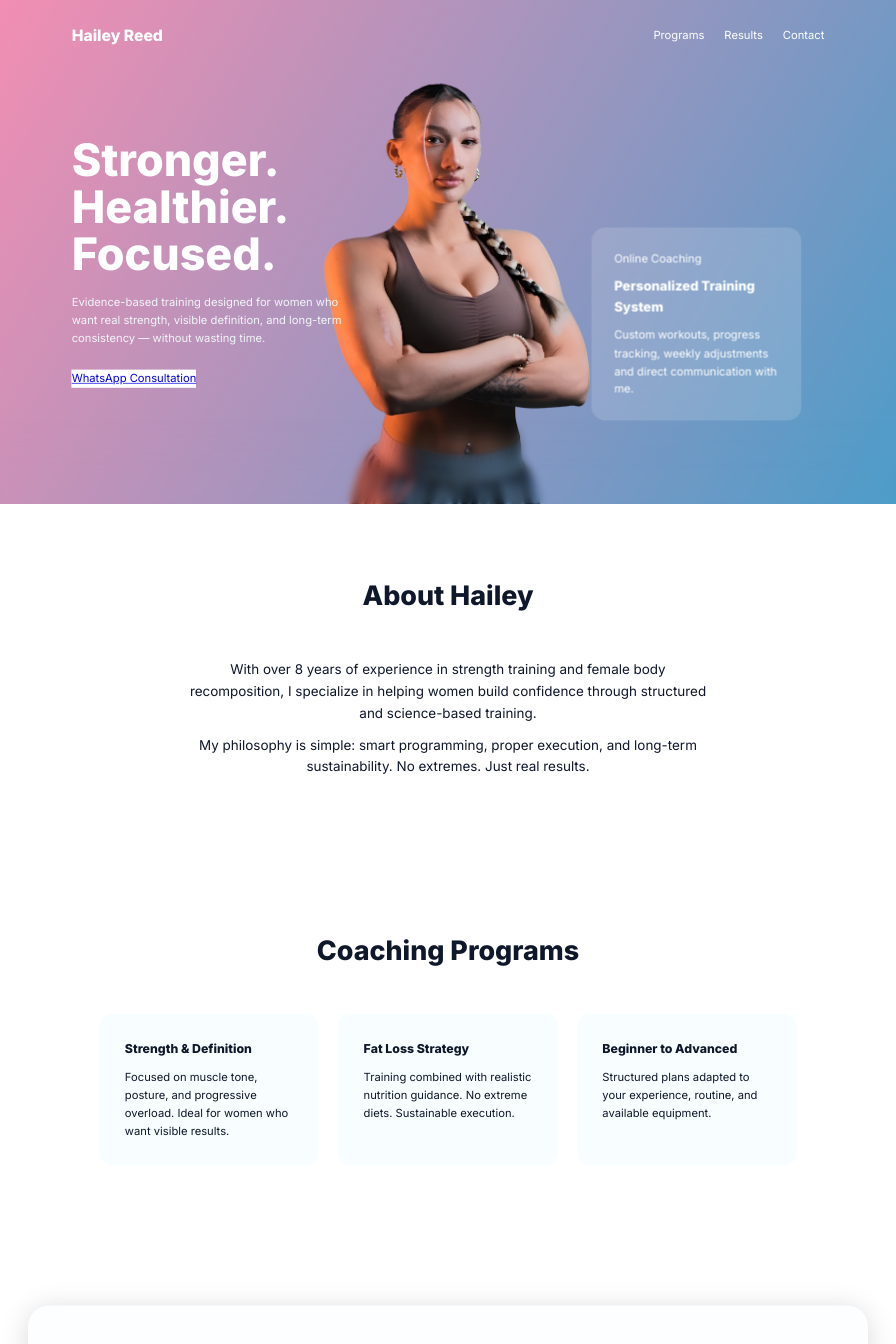
Repository: davidfsillva/Hailey-Reed-Coaching
Page: index.html
These files come from the project's save history. The page is drawn as it stood at one moment and after the next save; the edit follows.
The browser window is 1280 px wide. The pictures show the part of the page from y = 0 to 1920 px (the page is 5221 px tall), at 70% of full size.

Above is the page before, as saved 2026-02-12 09:41:22.

### index.html
<!DOCTYPE html>
<html lang="en">
<head>
  <meta charset="UTF-8" />
  <meta name="viewport" content="width=device-width, initial-scale=1.0" />
  <title>Personal Trainer | Online Coaching</title>
  <link rel="stylesheet" href="style.css" />
  <link rel="preconnect" href="https://fonts.googleapis.com">
  <link rel="preconnect" href="https://fonts.gstatic.com" crossorigin>
  <link href="https://fonts.googleapis.com/css2?family=Inter:wght@400;600;800&display=swap" rel="stylesheet">
</head>
<body>

<header class="hero">
  <nav class="nav">
    <h1 class="logo">Hailey Reed</h1>
    <div class="nav-links">
      <a href="#programs">Programs</a>
      <a href="#results">Results</a>
      <a href="#contact">Contact</a>
    </div>
  </nav>

  <img class="hero-img" src="img/Photoroom_20260211_45117 PM.png" alt="Trainer" />

  <div class="hero-gradient"></div>

  <div class="hero-content">
    <div class="hero-text">
<h2 class="hero-title">
  Stronger. Healthier. Focused.
</h2>

      <p>
        Evidence-based training designed for women who <br>
        want real strength, visible definition, and long-term <br>
        consistency — without wasting time.
      </p>
      <div class="cta-group">
        <a href="https://wa.me/5599999999999" target="_blank" class="whatsapp-btn">
          WhatsApp Consultation
        </a>
      </div>
    </div>

    <div class="hero-card">
      <span class="tag">Online Coaching</span>
      <h3>Personalized Training System</h3>
      <p>
        Custom workouts, progress tracking, weekly adjustments
        and direct communication with me.
      </p>
    </div>
  </div>
</header>

<!-- ABOUT SECTION -->
<section class="section">
  <h3>About Hailey</h3>
  <div class="testimonial">
    <p>
      With over 8 years of experience in strength training and female body
      recomposition, I specialize in helping women build confidence through
      structured and science-based training.
    </p>
    <p>
      My philosophy is simple: smart programming, proper execution,
      and long-term sustainability. No extremes. Just real results.
    </p>
  </div>
</section>

<section id="programs" class="section">
  <h3>Coaching Programs</h3>

  <div class="cards">
    <div class="card">
      <h4>Strength & Definition</h4>
      <p>
        Focused on muscle tone, posture, and progressive overload.
        Ideal for women who want visible results.
      </p>
    </div>

    <div class="card">
      <h4>Fat Loss Strategy</h4>
      <p>
        Training combined with realistic nutrition guidance.
        No extreme diets. Sustainable execution.
      </p>
    </div>

    <div class="card">
      <h4>Beginner to Advanced</h4>
      <p>
        Structured plans adapted to your experience, routine,
        and available equipment.
      </p>
    </div>
  </div>
</section>

<!-- HOW IT WORKS -->
<section class="section dark">
  <h3>How It Works</h3>

  <div class="cards">
    <div class="card">
      <h4>1. Initial Consultation</h4>
      <p>
        We discuss your goals, routine, training history,
        and current physical condition.
      </p>
    </div>

    <div class="card">
      <h4>2. Custom Plan Creation</h4>
      <p>
        A personalized workout structure is designed
        specifically for your body and objectives.
      </p>
    </div>

    <div class="card">
      <h4>3. Weekly Adjustments</h4>
      <p>
        Progress tracking and adjustments ensure continuous
        improvement and optimal results.
      </p>
    </div>
  </div>
</section>

<section id="results" class="section dark">
  <h3>Client Feedback</h3>

  <div class="testimonial">
    <p>
      “This coaching completely changed how I train.
      Every session has a clear purpose and I finally feel strong.”
    </p>
    <span>— Samantha M.</span>
  </div>
</section>

<!-- TRANSFORMATION PROCESS -->
<section class="section">
  <h3>The Transformation Process</h3>

  <div class="testimonial">
    <p>
      Sustainable transformation is not about intensity —
      it's about consistency.
    </p>
    <p>
      Through progressive overload, intelligent recovery,
      and realistic nutrition, we create measurable and lasting results.
    </p>
  </div>
</section>

<!-- FAQ -->
<section class="section">
  <h3>Frequently Asked Questions</h3>

  <div class="cards">
    <div class="card">
      <h4>Do I need gym access?</h4>
      <p>
        Not necessarily. Programs can be adapted for home training
        with minimal equipment.
      </p>
    </div>

    <div class="card">
      <h4>Is nutrition included?</h4>
      <p>
        Yes. You receive structured guidance focused on sustainable habits,
        not restrictive diets.
      </p>
    </div>

    <div class="card">
      <h4>How long until I see results?</h4>
      <p>
        Most clients notice strength improvements within weeks
        and visible body changes within 8–12 weeks.
      </p>
    </div>
  </div>
</section>

<section id="contact" class="section">
  <h3>Start Your Training</h3>
  <p class="contact-text">
    If you’re serious about improving your body composition
    and performance, let’s talk.
  </p>

  <div class="cta-group center">
    <a href="https://wa.me/5599999999999" target="_blank" class="btn primary">
      Message on WhatsApp
    </a>
    <a href="https://instagram.com/seuinstagram" target="_blank" class="btn secondary">
      Visit Instagram
    </a>
  </div>
</section>

<!-- FINAL CTA SECTION -->
<section class="section dark">
  <div class="testimonial">
    <h3>Ready to Transform?</h3>
    <p>
      Your strongest, healthiest version starts with a decision.
      Let’s build it together.
    </p>
    <div class="cta-group center">
      <a href="https://wa.me/5599999999999" target="_blank" class="btn primary">
        Apply for Coaching
      </a>
    </div>
  </div>
</section>

<footer class="footer">
  <p>© 2026 Hailey Reed Coaching. All rights reserved.</p>
</footer>

<script src="script.js"></script>
</body>
</html>

### style.css
:root {
  --pink: #f07aa5;
  --blue: #2e8bc0;
  --dark: #0f172a;
  --light: #ffffff;
  --muted: #cbd5e1;
}

/* ================= RESET ================= */
* {
  margin: 0;
  padding: 0;
  box-sizing: border-box;
  font-family: 'Inter', sans-serif;
}

body {
  background: var(--light);
  color: var(--dark);
  line-height: 1.6;
}

/* ================= HERO ================= */
.hero {
  position: relative;
  min-height: 100vh;
  padding: 32px 8%;
  color: white;
  overflow: hidden;
}

/* IMAGEM */
.hero-img {
  position: absolute;
  top: 50%;
  left: 50%;
  transform: translate(-50%, -50%);
  width: 60%;
  max-width: 500px;
  height: auto;
  z-index: 2;
}

/* GRADIENTE */
.hero-gradient {
  position: absolute;
  inset: 0;
  background: linear-gradient(
    120deg,
    rgba(240,122,165,0.85),
    rgba(46,139,192,0.85)
  );
  z-index: 1;
}

/* CONTEÚDO */
.hero-content {
  position: relative;
  z-index: 5;
}

/* TEXTO */
.hero-text {
  display: flex;
  flex-direction: column;
  justify-content: center;
  height: 85vh;
  max-width: 550px;
}

.hero-title {
  font-size: clamp(2.8rem, 5vw, 4.5rem);
  line-height: 1.05;
  margin-bottom: 24px;
}

.hero-text p {
  max-width: 480px;
  font-size: 1rem;
  color: #f1f5f9;
}

/* BLUR INFERIOR */
.hero::after {
  content: "";
  position: absolute;
  bottom: 0;
  left: 0;
  width: 100%;
  height: 120px;
  backdrop-filter: blur(6px);
  -webkit-backdrop-filter: blur(6px);
  mask-image: linear-gradient(to top, black 40%, transparent 100%);
  pointer-events: none;
  z-index: 3;
}

/* ================= BOTÕES ================= */
.cta-group {
  display: flex;
  gap: 16px;
  margin-top: 32px;
  flex-wrap: wrap;
}

.btn {
  padding: 14px 26px;
  border-radius: 999px;
  font-weight: 600;
  text-decoration: none;
  transition: 0.3s ease;
  display: inline-block;
}

.whatsapp-btn {
  background: white;
  background-size: 200% 200%;
  transition: all 0.4s ease;
}

.whatsapp-btn:hover {
  background-position: right center;
}

.btn.primary {
  background: linear-gradient(120deg, var(--pink), var(--blue));
  color: var(--light);
  background-size: 200% 200%;
  transition: all 0.4s ease;
}

.btn.primary:hover {
  background: linear-gradient(120deg, var(--pink), var(--blue));
  color: white;

  background-position: right center;
  transform: translateY(-4px);
  box-shadow: 0 10px 25px rgba(240,122,165,0.3);
  transition: all 0.4s ease;

}

.btn.secondary {
  background: linear-gradient(120deg, var(--pink), var(--blue));
  color: var(--light);
  transition: all 0.3s ease;
}

.btn.secondary:hover {
  background: linear-gradient(120deg, var(--pink), var(--blue));  color: white;
  transform: translateY(-3px);
  transition: all 0.4s ease;
  box-shadow: 0 10px 25px rgba(240,122,165,0.3);


}


/* ================= HERO CARD ================= */
.hero-card {
  position: absolute;
  top: 42%;
  right: 8%;
  width: 300px;
  background: rgba(255,255,255,0.15);
  backdrop-filter: blur(18px);
  padding: 32px;
  border-radius: 20px;
  z-index: 4;
}

.hero-card {
  position: absolute;
  top: 42%;
  right: 3%;
  width: 300px;
}



.hero-card h3 {
  margin: 12px 0;
}

/* ================= NAVBAR ================= */
.nav {
  position: relative;
  z-index: 10;
  display: flex;
  justify-content: space-between;
  align-items: center;
}

.logo {
  font-weight: 800;
  font-size: 1.4rem;
}

.nav-links a {
  position: relative;
  color: white;
  margin-left: 24px;
  text-decoration: none;
  font-weight: 500;
  padding-bottom: 4px;
}

.nav-links a::after {
  content: "";
  position: absolute;
  left: 0;
  bottom: 0;
  width: 0%;
  height: 2px;
  background: white;
  transition: width 0.3s ease;
}

.nav-links a:hover::after {
  width: 100%;
}

/* ================= SECTIONS ================= */
.section {
  padding: 100px 8%;
  max-width: 1200px;
  margin: auto;
}

.section h3 {
  font-size: 2.4rem;
  margin-bottom: 60px;
  text-align: center;
}

.cards {
  display: grid;
  grid-template-columns: repeat(auto-fit, minmax(260px, 1fr));
  gap: 28px;
}

.card {
  background: rgb(248, 253, 255);
  padding: 36px;
  border-radius: 18px;
  transition: 0.3s ease;
}

.card:hover {
  transform: translateY(-6px);
}

.card h4 {
  margin-bottom: 14px;
  font-size: 1.1rem;
}

/* ================= DARK SECTIONS ================= */
.dark {
  background: rgb(252, 254, 255);
  border-radius: 30px;
  color: var(--dark);
  margin: 100px auto;
  padding: 100px 8%;
  box-shadow: 0 5px 40px rgba(0,0,0,0.15);
}


.dark .card {
  background: rgba(255,255,255,0.06);
  color: var(--dark);
  box-shadow: 0 20px 60px rgba(0,0,0,0.15);
}

.dark .card:hover {
  background: rgba(255,255,255,0.1);
}

/* ================= TESTIMONIAL ================= */
.testimonial {
  max-width: 750px;
  margin: auto;
  text-align: center;
}

.testimonial p {
  font-size: 1.2rem;
  margin-bottom: 16px;
}

.contact-text {
  text-align: center;
  max-width: 520px;
  margin: 0 auto 32px;
}

.center {
  justify-content: center;
}

/* ================= FOOTER ================= */
.footer {
  padding: 32px;
  text-align: center;
  background: linear-gradient(120deg, var(--pink), var(--blue));
  color: var(--muted);
  font-size: 0.85rem;
}

/* ================= RESPONSIVE ================= */
@media (max-width: 1024px) {

  .hero-card {
    position: relative;
    top: unset;
    right: unset;
    margin-top: 40px;
    width: 100%;
    max-width: 400px;
  }

  .hero-text {
    height: auto;
    text-align: center;
    margin-top: 80px;
  }

  .hero-text p {
    margin: auto;
  }

  .hero-img {
    width: 75%;
  }
}

@media (max-width: 768px) {

  .nav {
    flex-direction: column;
    align-items: center;
  }

  .nav-links {
    display: flex;
    gap: 30px;          /* controla o espaçamento */
    margin-top: 10px;   /* afasta do logo */
  }

  .nav-links a {
    margin-left: 0;     /* remove espaçamento antigo */
  }

    .hero-card {
    width: 95%;          /* ocupa menos largura fixa */
    max-width: 660px;    /* limita tamanho */
    margin: 375px auto 0; /* mais baixo */

    padding: 15px;       /* reduz espaço interno */
    border-radius: 16px;
  }

  .hero-card h3 {
    font-size: 1rem;
  }

  .hero-card p {
    font-size: 0.85rem;
    line-height: 1.4;
  }

  .hero-img {
    width: 90%;
    top: 60%;              /* desce um pouco a imagem */
  }

  .hero-title {
    font-size: 1.9rem;
    margin-bottom: 20px;
  }

  .hero-text {
    height: auto;          /* remove os 85vh */
    justify-content: flex-start;
    margin-top: 40px;      /* controla distância do nav */
    text-align: center;
  }

  .hero-text p {
    display: none;
  }

  .section {
    padding: 80px 6%;
  }

  .cta-group {
  position: relative;
  transform: translateY(350px);
  z-index: 6;
  display: flex;
  justify-content: center;
  }

  .btn.primary {
    transform: translateY(120px);
  }

}



@media (max-width: 480px) {

  .hero {
    padding: 24px 6%;
  }

  .btn {
    width: 100%;
    text-align: center;
  }

  .cta-group {
    flex-direction: column;
  }
}

### script.js
// ===============================
// SMOOTH SCROLL
// ===============================
document.querySelectorAll('a[href^="#"]').forEach(anchor => {
  anchor.addEventListener('click', function (e) {
    const target = document.querySelector(this.getAttribute('href'));
    if (!target) return;

    e.preventDefault();
    target.scrollIntoView({ behavior: 'smooth' });
  });
});


// ===============================
// NAVBAR SCROLL EFFECT
// ===============================
const nav = document.querySelector(".nav");

window.addEventListener("scroll", () => {
  if (!nav) return;

  if (window.scrollY > 50) {
    nav.style.background = "rgba(15, 23, 42, 0.85)";
    nav.style.backdropFilter = "blur(10px)";
    nav.style.padding = "16px 8%";
    nav.style.transition = "all 0.3s ease";
  } else {
    nav.style.background = "transparent";
    nav.style.backdropFilter = "none";
    nav.style.padding = "";
  }
});


// ===============================
// SCROLL REVEAL (melhor performance)
// ===============================
const revealElements = document.querySelectorAll(".section, .card, .testimonial");

const revealOnScroll = () => {
  const triggerBottom = window.innerHeight * 0.85;

  revealElements.forEach(el => {
    const elementTop = el.getBoundingClientRect().top;

    if (elementTop < triggerBottom) {
      el.style.opacity = "1";
      el.style.transform = "translateY(0)";
    }
  });
};

// Estado inicial
revealElements.forEach(el => {
  el.style.opacity = "0";
  el.style.transform = "translateY(40px)";
  el.style.transition = "opacity 0.8s ease, transform 0.8s ease";
});

window.addEventListener("scroll", revealOnScroll);
window.addEventListener("load", revealOnScroll);



// ===============================
// HERO IMAGE PARALLAX (DESKTOP ONLY)
// ===============================
const heroImg = document.querySelector(".hero-img");

if (heroImg && window.innerWidth > 768) {
  window.addEventListener("scroll", () => {
    const scrollPosition = window.scrollY;
    heroImg.style.transform =
      `translate(-50%, calc(-50% + ${scrollPosition * 0.12}px))`;
  });
}



// ===============================
// BUTTON FADE-IN ON LOAD
// ===============================
window.addEventListener("load", () => {
  const buttons = document.querySelectorAll(".btn");

  buttons.forEach((btn, index) => {
    btn.style.opacity = "0";
    btn.style.transform = "translateY(20px)";
    btn.style.transition = "opacity 0.6s ease, transform 0.6s ease";

    setTimeout(() => {
      btn.style.opacity = "1";
      btn.style.transform = "translateY(0)";
    }, 300 + index * 150);
  });
});



// ===============================
// CARD HOVER GLOW EFFECT (desktop only)
// ===============================
if (window.innerWidth > 768) {

  const cards = document.querySelectorAll(".card");

  cards.forEach(card => {

    card.addEventListener("mousemove", (e) => {
      const rect = card.getBoundingClientRect();
      const x = e.clientX - rect.left;
      const y = e.clientY - rect.top;

      card.style.background = `
        radial-gradient(circle at ${x}px ${y}px,
        rgba(240,122,165,0.18),
        rgba(255,255,255,0.03))
      `;
    });

    card.addEventListener("mouseleave", () => {
      card.style.background = "";
    });

  });

}

After the next save:
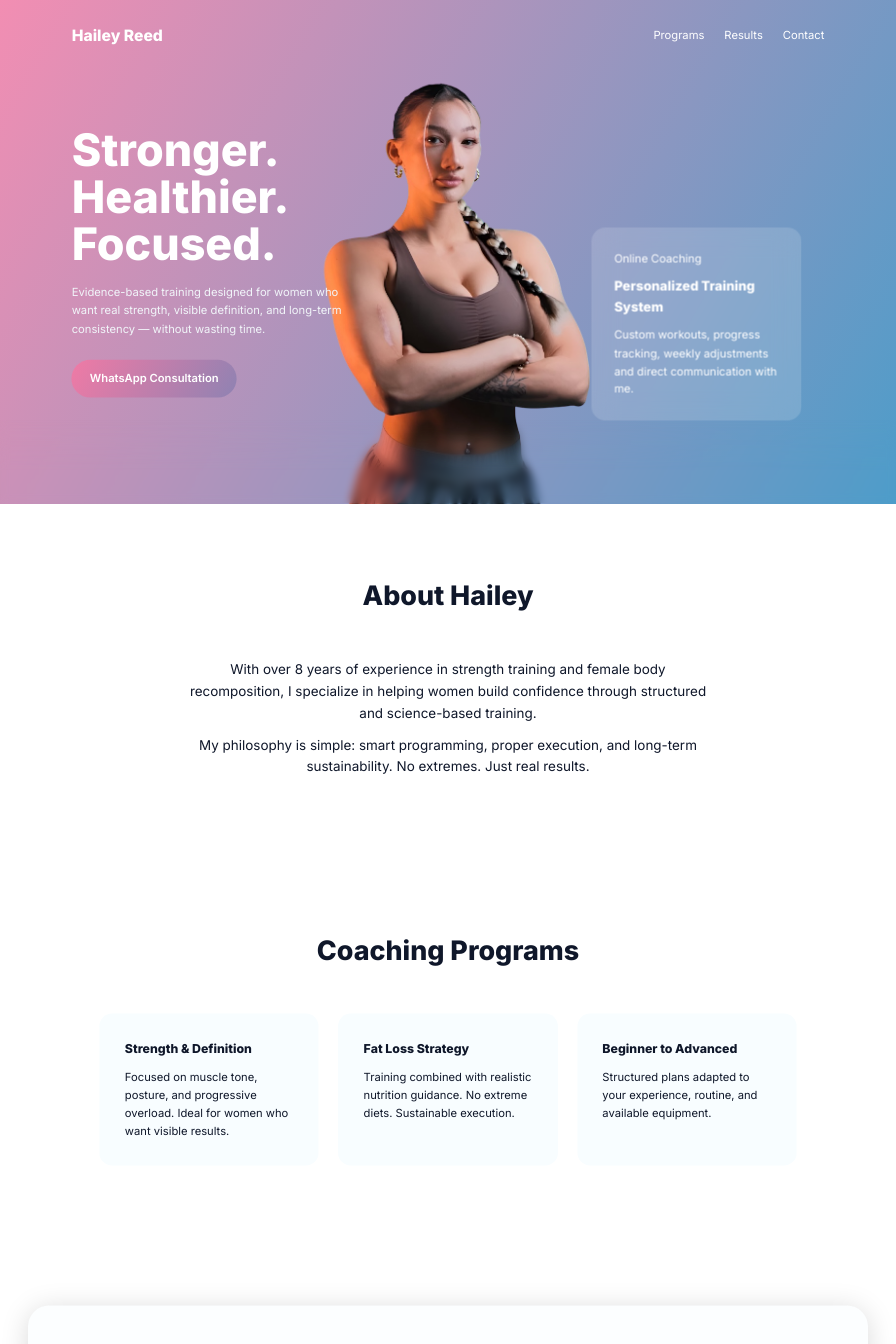
Saved 83 s later.
--- a/index.html
+++ b/index.html
@@ -37,7 +37,7 @@
         consistency — without wasting time.
       </p>
       <div class="cta-group">
-        <a href="https://wa.me/5599999999999" target="_blank" class="whatsapp-btn">
+        <a href="https://wa.me/5599999999999" target="_blank" class="btn primary whatsapp-btn">
           WhatsApp Consultation
         </a>
       </div>
